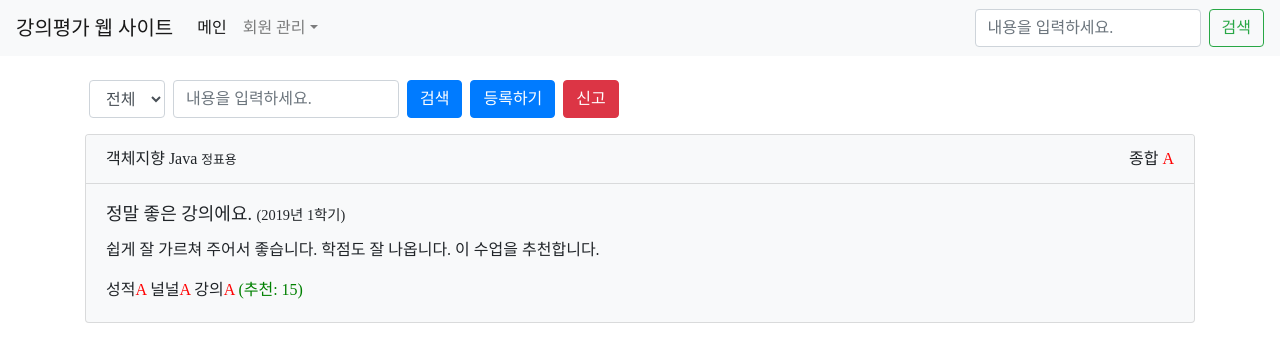
Repository: sur2/JSP-Lecture-Evaluation
Page: http://localhost/Lecture_Evaluation/userJoin.jsp
The author's editor kept a copy of each file at every save. The page is drawn from the files as they stood at one save, then again after the next save.
The browser window is 1280 px wide. The pictures show the whole page.
Some web fonts or font styles are not loaded; a fallback is used. The page is served by Tomcat 9. Other server files are loaded and not shown.

Above is the page before, as saved 2020-01-03 09:51:35.

### Lecture Evaluation/WebContent/userJoin.jsp
<%@ page language="java" contentType="text/html; charset=UTF-8"
	pageEncoding="UTF-8"%>
<!DOCTYPE html>
<html>
<head>
	<meta charset="UTF-8">
	<!-- 반응형 웹 -->
	<meta name="viewport" content="width=device-width, initial-scale=1.0, shrink-to-fit=no">
	<title>강의평가 웹 사이트</title>
	<!-- 부트스트랩 CSS 추가하기 -->
	<link rel="stylesheet" href="./css/bootstrap.min.css"></link>
	<!-- 커스텀 CSS 추가하기 -->
	<link rel="stylesheet" href="./css/custom.css"></link>
</head>
<body>
	<nav class="navbar navbar-expand-md navbar-light bg-light">
		<a class="navbar-brand" href="index.jsp">강의평가 웹 사이트</a>
		<button class="navbar-toggler" type="button" data-toggle="collapse" data-target="#navbar">
			<span class="navbar-toggler-icon"></span>
		</button>
		<div id="navbar" class="collapse navbar-collapse">
			<ul class="navbar-nav mr-auto">
				<li class="navbar-item active">
					<a class="nav-link" href="index.jsp">메인</a>
				</li>
				<li class="nav-item dropdown">
					<a class="nav-link dropdown-toggle" id="dropdown" data-toggle="dropdown">회원 관리</a>
					<div class="dropdown-menu" aria-labelledby="dropdown">
						<a class="dropdown-item" href="#">로그인</a>
						<a class="dropdown-item" href="#">회원가입</a>
						<a class="dropdown-item" href="#">로그아웃</a>
					</div>
				</li>
			</ul>
			<form class="form-inline my-2 my-lg-0">
				<input class="form-control mr-sm-2" type="search" placeholder="내용을 입력하세요." aria-label="Search">
				<button class="btn btn-outline-success my-2 my-sm-0" type="submit">검색</button>
			</form>
		</div>
	</nav>

	<section class="container">
		<form method="get" action="./index.jsp" class="form-inline mt-3">
			<select name="lectureDivide" class="form-control mx-1 mt-2">
				<option value="전체">전체</option>
				<option value="전공">전공</option>
				<option value="교양">교양</option>
				<option value="기타">기타</option>
			</select>
			<input type="text" name="search" class="form-control mx-1 mt-2" placeholder="내용을 입력하세요.">
			<button type="submit" class="btn btn-primary mx-1 mt-2">검색</button>
			<a class="btn btn-primary mx-1 mt-2" data-toggle="modal" href="#registerModal">등록하기</a>
			<a class="btn btn-danger mx-1 mt-2" data-toggle="modal" href="#reportModal">신고</a>
		</form>

		<div class="card bg-light mt-3">
			<div class="card-header bg-light">
				<div class="row">
					<div class="col-8 text-left">객체지향 Java&nbsp;<small>정표용</small></div>
					<div class="col-4 text-right">종합
						<span style="color: red;">A</span>
					</div>
				</div>
			</div>
			<div class="card-body">
				<h5 class="card-title">정말 좋은 강의에요.&nbsp;<small>(2019년 1학기)</small></h5>
				<p class="card-text">쉽게 잘 가르쳐 주어서 좋습니다. 학점도 잘 나옵니다. 이 수업을 추천합니다.</p>
				<div class="row">
					<div class="col-9 text-left">
						성적<span style="color: red;">A</span>
						널널<span style="color: red;">A</span>
						강의<span style="color: red;">A</span>
						<span style="color: green;">(추천: 15)</span>
					</div>
				</div>
			</div>
		</div>
	</section>


	<!-- 평가 등록 모달 -->
	<div class="modal fade" id="registerModal" tabindex="-1" role="diolog" aria-labelledby="modal" aria-hidden="true">
		<div class="modal-dialog">
			<div class="modal-content">
				<div class="modal-header">
					<h5 class="modal-title" id="modal">평가 등록</h5>
					<button type="button" class="close" data-dismiss="modal" aria-label="Close">
						<span aria-hidden="true">&times;</span>
					</button>
				</div>
				<div class="modal-body">
					<form action="./evaluationRegisterAction.jsp" method="post">
						<div class="form-row">
							<div class="form-group col-sm-6">
								<label>강의명</label>
								<input type="text" name="lectureName" class="form-control" maxlength="20">
							</div>
							<div class="form-group col-sm-6">
								<label>교수명</label>
								<input type="text" name="professorName" class="form-control" maxlength="20">
							</div>
						</div>
						<div class="form-row">
							<div class="form-group col-sm-4">
								<label>수강 연도</label>
								<select name="lectureYear" class="form-control">
								<%
									for(int i = 2013; i<2030; i++) {
										if(i == 2020) {
								%>
												<option value="<%=i%>" selected><%=i%></option>
								<%
										}
										else {
								%>
									<option value="<%=i%>"><%=i%></option>
								<%
										}
									}
								%>
								</select>
							</div>
							<div class="form-group col-sm-4">
								<label>수강 학기</label>
								<select name="semesterDivide" class="form-control">
									<option value="1학기">1학기</option>
									<option value="여름학기">여름학기</option>
									<option value="2학기">2학기</option>
									<option value="겨울학기">겨울학기</option>
								</select>
							</div>
							<div class="form-group col-sm-4">
								<label>강의 구분</label>
								<select name="lectureDivide" class="form-control">
									<option value="전공">전공</option>
									<option value="교양">교양</option>
									<option value="기타">기타</option>
								</select>
							</div>
						</div>
						<div class=form-group>
							<label>제목</label>
							<input type="text" name="evaluationTime" class="form-control" maxlength="30">
						</div>
						<div class="form-group">
							<label>내용</label>
							<textarea name="evaluationContent" class="form-control" maxlength="2048" style="height:180px;"></textarea>
						</div>
						<div class="form-row">
							<div class="form-group col-sm-3">
								<label>종합</label>
								<select name="totalScore" class="form-control">
									<option value="A" selected>A</option>
									<option value="B">B</option>
									<option value="C">C</option>
									<option value="D">D</option>
									<option value="F">F</option>
								</select>
							</div>
							<div class="form-group col-sm-3">
								<label>성적</label>
								<select name="creditScore" class="form-control">
									<option value="A" selected>A</option>
									<option value="B">B</option>
									<option value="C">C</option>
									<option value="D">D</option>
									<option value="F">F</option>
								</select>
							</div>
							<div class="form-group col-sm-3">
								<label>널널</label>
								<select name="comfortableScore" class="form-control">
									<option value="A" selected>A</option>
									<option value="B">B</option>
									<option value="C">C</option>
									<option value="D">D</option>
									<option value="F">F</option>
								</select>
							</div>
							<div class="form-group col-sm-3">
								<label>강의</label>
								<select name="lectureScore" class="form-control">
									<option value="A" selected>A</option>
									<option value="B">B</option>
									<option value="C">C</option>
									<option value="D">D</option>
									<option value="F">F</option>
								</select>
							</div>
						</div>
						<div class="modal-footer">
							<button type="submit" class="btn btn-primary">등록하기</button>
							<button type="button" class="btn btn-secondary" data-dismiss="modal">취소</button>
						</div>
					</form>
				</div>
			</div>
		</div>
	</div>
	<!-- 신고 모달 -->
	<div class="modal fade" id="reportModal" tabindex="-1" role="diolog" aria-labelledby="modal" aria-hidden="true">
		<div class="modal-dialog">
			<div class="modal-content">
				<div class="modal-header">
					<h5 class="modal-title" id="modal">신고하기</h5>
					<button type="button" class="close" data-dismiss="modal" aria-label="Close">
						<span aria-hidden="true">&times;</span>
					</button>
				</div>
				<div class="modal-body">
					<form action="./reportAction.jsp" method="post">
						<div class=form-group>
							<label>신고 제목</label>
							<input type="text" name="reportTitle" class="form-control" maxlength="30">
						</div>
						<div class="form-group">
							<label>신고 내용</label>
							<textarea name="reportContent" class="form-control" maxlength="2048" style="height:180px;"></textarea>
						</div>
						<div class="modal-footer">
							<button type="submit" class="btn btn-danger">신고하기</button>
							<button type="button" class="btn btn-secondary" data-dismiss="modal">취소</button>
						</div>
					</form>
				</div>
			</div>
		</div>
	</div>

	<!-- JQuery js 추가하기 -->
	<script type="text/javascript" src="./js/jquery-3.4.1.min.js"></script>
	<!-- popper js 추가하기 -->
	<script type="text/javascript" src="./js/popper.min.js"></script>
	<!-- 부트스트랩 js 추가하기 -->
	<script type="text/javascript" src="./js/bootstrap.min.js"></script>
</body>
</html>

### Lecture Evaluation/WebContent/css/custom.css
@import url(https://fonts.googleapis.com/earlyaccess/jejugothic.css);
@import url(https://fonts.googleapis.com/css?family=Nanum+Gothic&display=swap);
.navbar-brand, h1, h2, h3, h4 {
	font-family: 'Jeju Gothic';
}
h5 {
	font-family:'Jeju Gothic';
	font-size: 18px;
}
body {
	font-family: 'Nanum Gothic';
}

Loaded but not shown: Lecture Evaluation/WebContent/css/bootstrap.min.css (library); Lecture Evaluation/WebContent/js/jquery-3.4.1.min.js (library); Lecture Evaluation/WebContent/js/popper.min.js (library); Lecture Evaluation/WebContent/js/bootstrap.min.js (library)

After the next save:
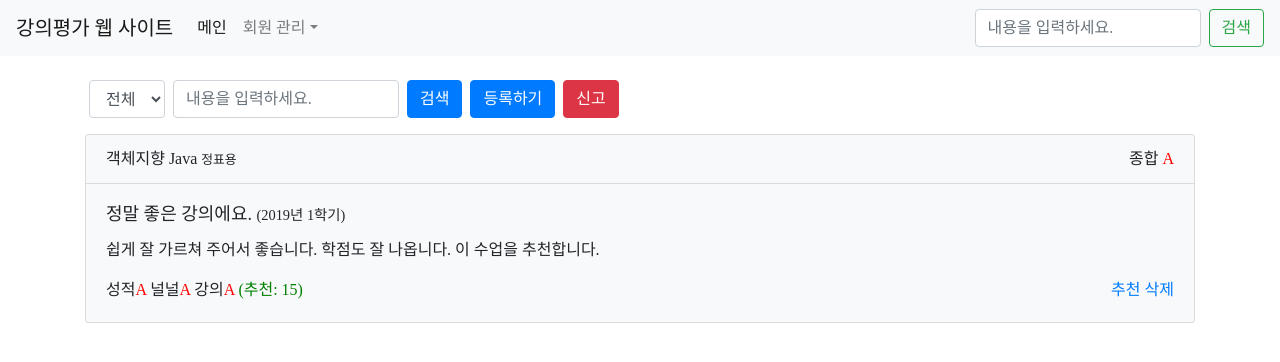
Console error (its wording comes from the project's code and is left out).
Saved 3 min 5 s later.
--- a/Lecture Evaluation/WebContent/userJoin.jsp
+++ b/Lecture Evaluation/WebContent/userJoin.jsp
@@ -72,6 +72,10 @@
 						강의<span style="color: red;">A</span>
 						<span style="color: green;">(추천: 15)</span>
 					</div>
+					<div class="col-3 text-right" >
+						<a onclick="return confirm('추천하시겠습니까?)'" href="./likeAction.jsp?evaluationID=">추천</a>
+						<a onclick="return confirm('삭제하시겠습니까?)'" href="./deleteAction.jsp?evaluationID=">삭제</a>
+					</div>
 				</div>
 			</div>
 		</div>
